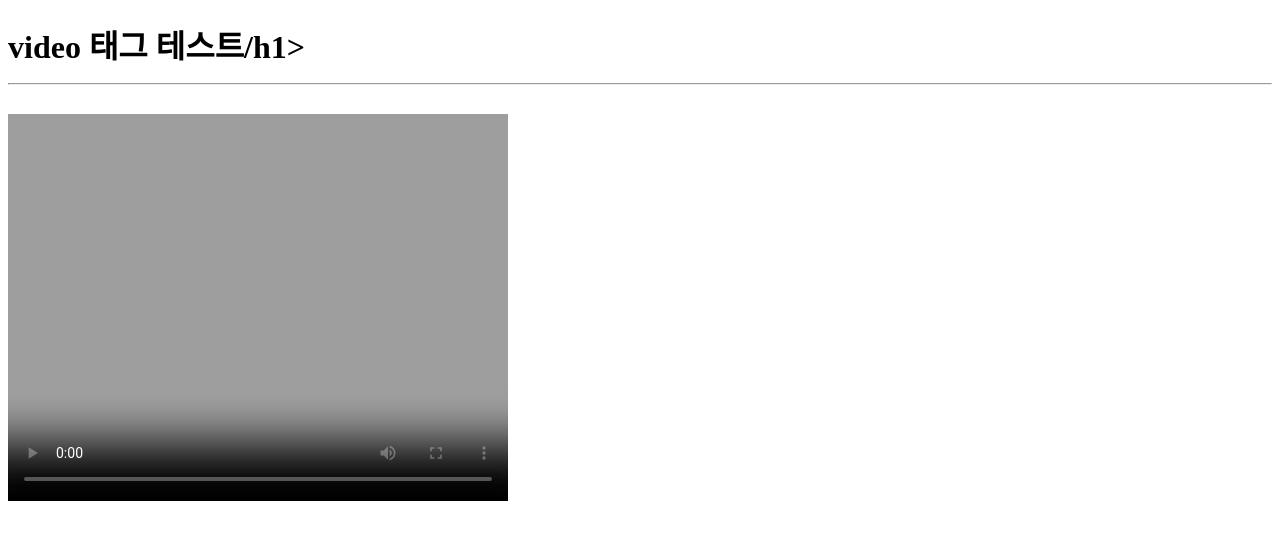
Repository: seokhoyoun/HTML_CSS
Page: html5Projects/web/views/testVideo.html
An editor plug-in stored every save of this project. The page is shown before and after the next save, followed by the edit.
The browser window is 1280 px wide. The pictures show the whole page.

Above is the page before, as saved 2019-02-01 08:59:12.

After the next save:
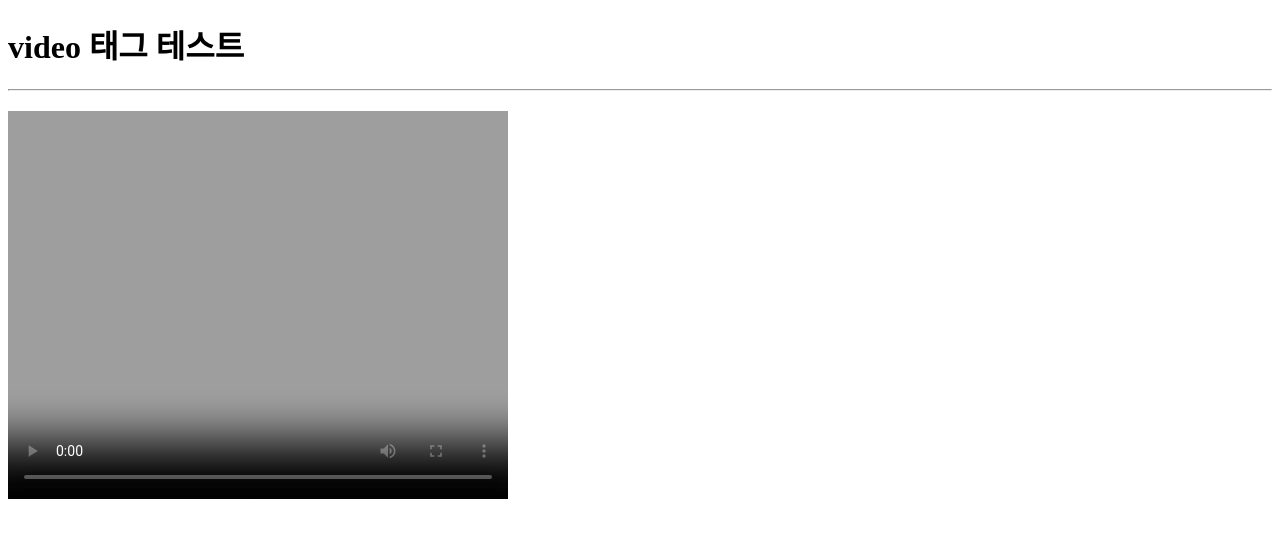
Saved 16 s later.
--- a/html5Projects/web/views/testVideo.html
+++ b/html5Projects/web/views/testVideo.html
@@ -5,7 +5,7 @@
 <title>TestVideo</title>
 </head>
 <body>
-<h1>video 태그 테스트/h1>
+<h1>video 태그 테스트</h1>
 <hr>
 <!-- <video src="../resources/multi/video1.mp4" width="500" height="400" controls loop="1" autoplay poster="../resources/images/flower1.jpg"></video> -->
 <!-- 모든 브라우저에서 재생 가능한 동영상이 되려면... -->
